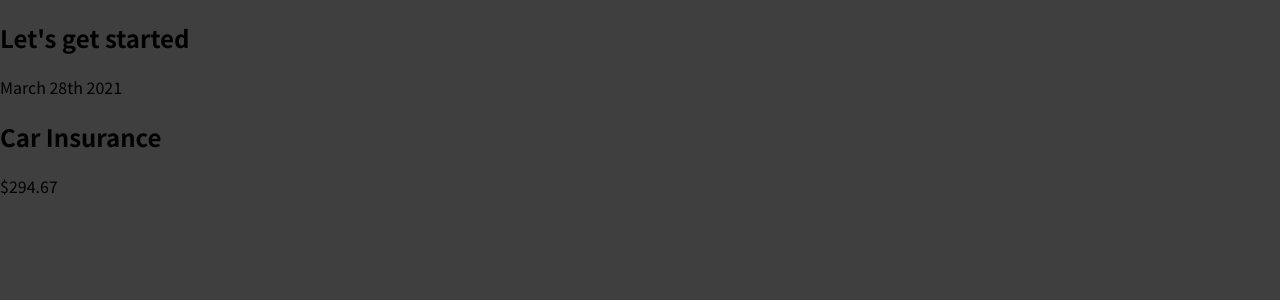
Repository: runner855/expense-tracker
Page: /
An editor plug-in stored every save of this project. The page is shown before and after the next save, followed by the edit.
The browser window is 1280 px wide. The pictures show the whole page.
The project was rebuilt for these pictures with package versions that can differ from the ones it lists, and the page was loaded fresh each time. Also part of the build but not shown: src/styles/ExpenseItem.css.

Above is the page before, as saved 2022-09-02 11:18:06.

### src/index.js
import React from 'react';
import ReactDOM from 'react-dom/client';
import './styles/index.css';
import App from './components/App';

const root = ReactDOM.createRoot(document.getElementById('root'));
root.render(
  <React.StrictMode>
    <App />
  </React.StrictMode>
);

### src/components/App.js
import React from 'react';
import ExpenseItem from './ExpenseItem';


const App = () => {
  return (
    <div className="App">
      <h2>Let's get started</h2>
      <ExpenseItem />
    </div>
  );
}

export default App;

### src/components/ExpenseItem.js
import React from 'react';
import '../styles/ExpenseItem.css'


const ExpenseItem = () => {
  return (
    <div>
      <div>March 28th 2021</div>
      <div>
        <h2>Car Insurance</h2>
        <div>$294.67</div>
      </div>
    </div>
  );
}

export default ExpenseItem;

Loaded but not shown: public/index.html (common file); src/styles/index.css (common file)

After the next save:
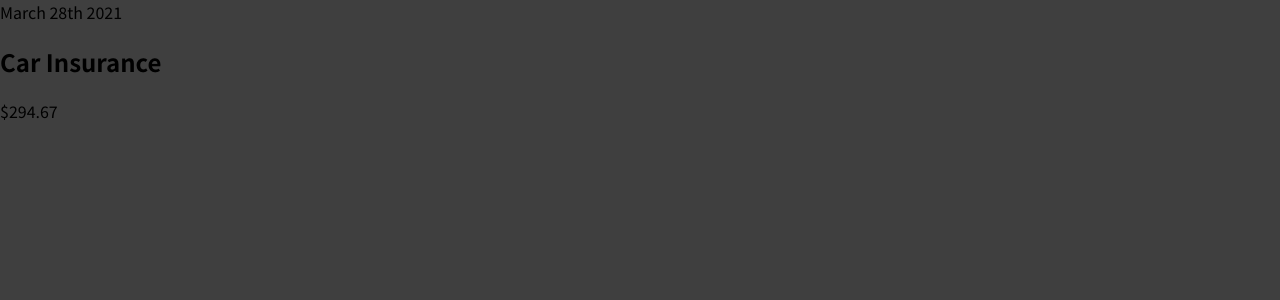
Saved 18 s later.
--- a/src/components/App.js
+++ b/src/components/App.js
@@ -5,7 +5,7 @@
 const App = () => {
   return (
     <div className="App">
-      <h2>Let's get started</h2>
+
       <ExpenseItem />
     </div>
   );

After the save that followed:
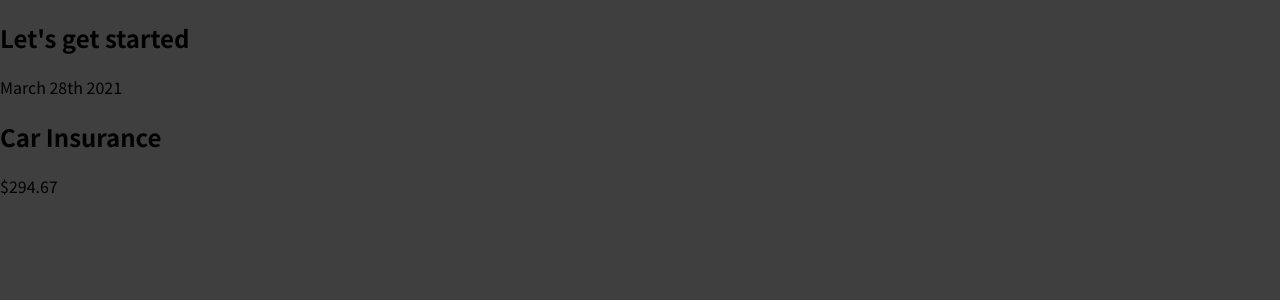
Saved 12 s later.
--- a/src/components/App.js
+++ b/src/components/App.js
@@ -5,7 +5,7 @@
 const App = () => {
   return (
     <div className="App">
-
+      <h2>Let's get started</h2>
       <ExpenseItem />
     </div>
   );
